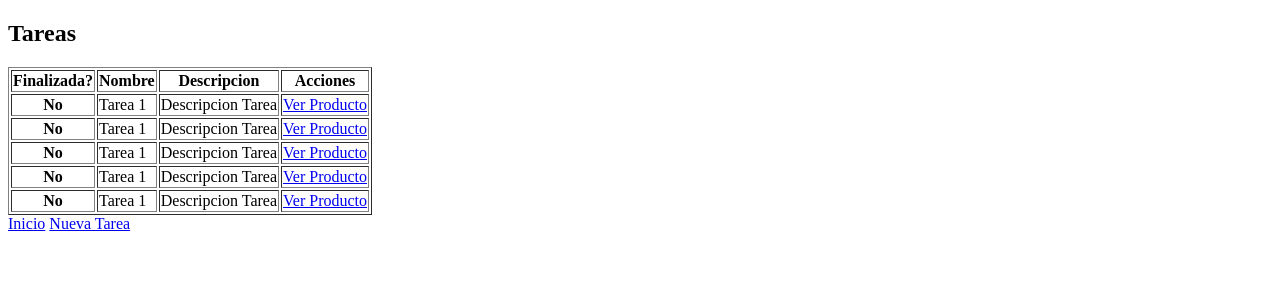
Repository: Alemartinez97/New-Repository
Page: tareas/lista.html
An editor plug-in stored every save of this project. The page is shown before and after the next save, followed by the edit.
The browser window is 1280 px wide. The pictures show the whole page.

Above is the page before, as saved 2020-06-11 14:41:53.

After the next save:
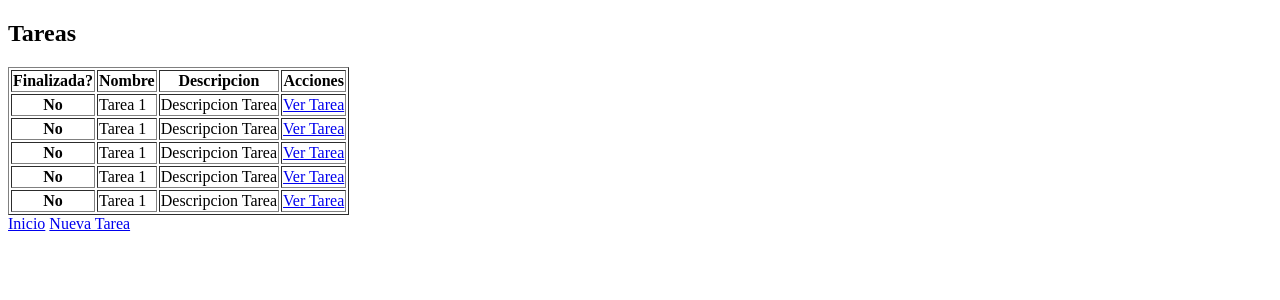
Saved 105 s later.
--- a/tareas/lista.html
+++ b/tareas/lista.html
@@ -19,31 +19,31 @@
             <th>No</th>
             <td>Tarea 1</td>
             <td>Descripcion Tarea</td>
-            <td><a href="/ver/ver.html">Ver Producto</a></td>
+            <td><a href="ver/ver.html">Ver Tarea</a></td>
           </tr>
           <tr>
             <th>No</th>
             <td>Tarea 1</td>
             <td>Descripcion Tarea</td>
-            <td><a href="/ver/ver.html">Ver Producto</a></td>
+            <td><a href="/ver/ver.html">Ver Tarea</a></td>
           </tr>
           <tr>
             <th>No</th>
             <td>Tarea 1</td>
             <td>Descripcion Tarea</td>
-            <td><a href="/ver/ver.html">Ver Producto</a></td>
+            <td><a href="/ver/ver.html">Ver Tarea</a></td>
           </tr>
           <tr>
             <th>No</th>
             <td>Tarea 1</td>
             <td>Descripcion Tarea</td>
-            <td><a href="/ver/ver.html">Ver Producto</a></td>
+            <td><a href="/ver/ver.html">Ver Tarea</a></td>
           </tr>
           <tr>
             <th>No</th>
             <td>Tarea 1</td>
             <td>Descripcion Tarea</td>
-            <td><a href="/ver/ver.html">Ver Producto</a></td>
+            <td><a href="/ver/ver.html">Ver Tarea</a></td>
           </tr>
         </tbody>
       </table>
